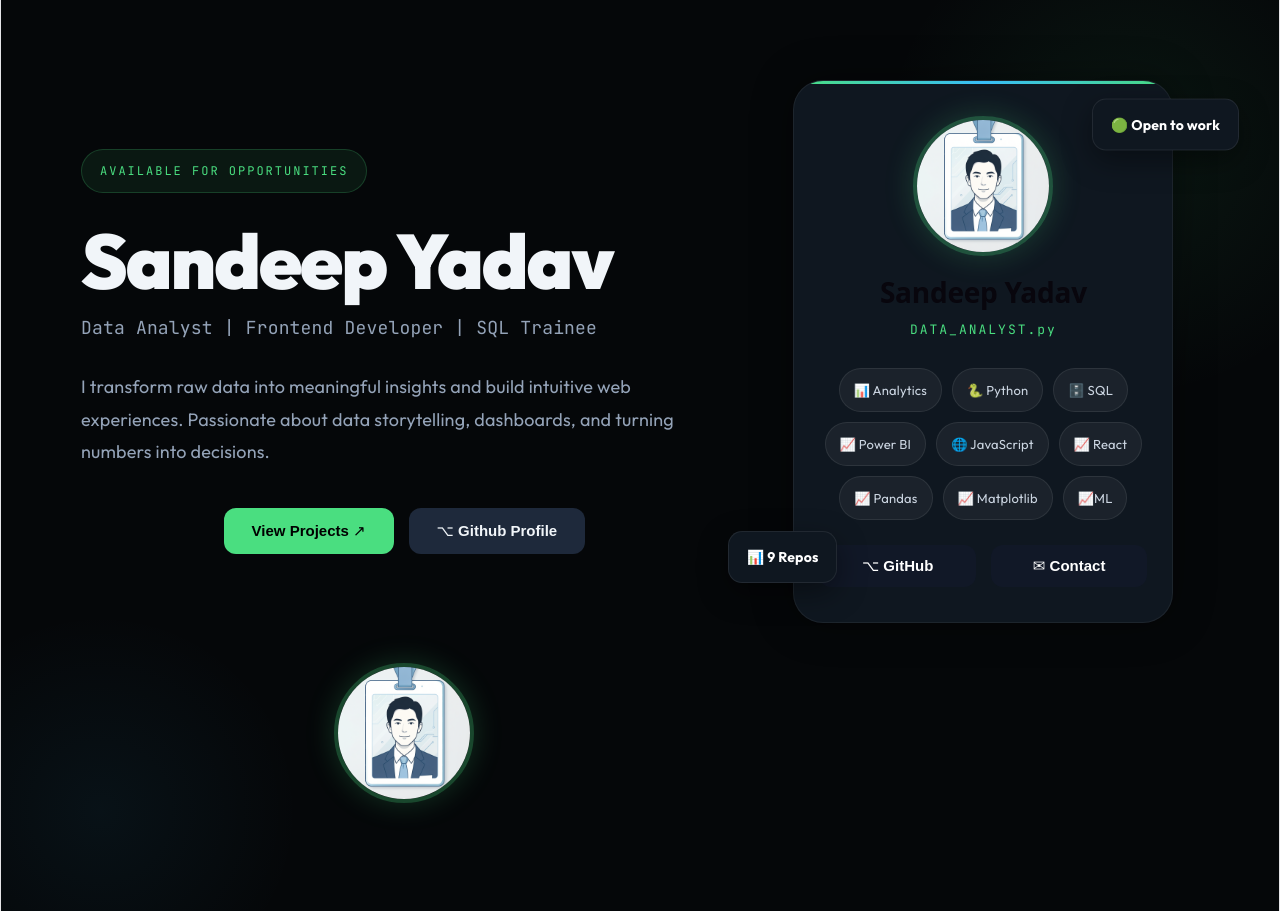
Repository: SandeepYadav18717/sandeepyadav
Page: / (app in Datanaltics_ portfolio/)
The author's editor kept a copy of each file at every save. The page is drawn from the files as they stood at one save, then again after the next save.
The browser window is 1280 px wide. The pictures show the whole page.
The project was rebuilt for these pictures with package versions that can differ from the ones it lists, and the page was loaded fresh each time. Also part of the build but not shown: Datanaltics_ portfolio/vite.config.js, Datanaltics_ portfolio/src/App.css.

Above is the page before, as saved 2026-05-23 06:02:57.

### Datanaltics_ portfolio/index.html
<!doctype html>
<html lang="en">
  <head>
    <meta charset="UTF-8" />
    <link rel="icon" type="image/svg+xml" href="/favicon.svg" />
    <meta name="viewport" content="width=device-width, initial-scale=1.0" />
    <title>javascript</title>
  </head>
  <body>
    <div id="root"></div>
    <script type="module" src="/src/main.jsx"></script>
  </body>
</html>

### Datanaltics_ portfolio/src/index.css
:root {
  --text: #6b6375;
  --text-h: #08060d;
  --bg: #fff;
  --border: #e5e4e7;
  --code-bg: #f4f3ec;
  --accent: #aa3bff;
  --accent-bg: rgba(170, 59, 255, 0.1);
  --accent-border: rgba(170, 59, 255, 0.5);
  --social-bg: rgba(244, 243, 236, 0.5);
  --shadow:
    rgba(0, 0, 0, 0.1) 0 10px 15px -3px, rgba(0, 0, 0, 0.05) 0 4px 6px -2px;

  --sans: system-ui, 'Segoe UI', Roboto, sans-serif;
  --heading: system-ui, 'Segoe UI', Roboto, sans-serif;
  --mono: ui-monospace, Consolas, monospace;

  font: 18px/145% var(--sans);
  letter-spacing: 0.18px;
  color-scheme: light dark;
  color: var(--text);
  background: var(--bg);
  font-synthesis: none;
  text-rendering: optimizeLegibility;
  -webkit-font-smoothing: antialiased;
  -moz-osx-font-smoothing: grayscale;

  @media (max-width: 1024px) {
    font-size: 16px;
  }
}

@media (prefers-color-scheme: dark) {
  :root {
    --text: #9ca3af;
    --text-h: #f3f4f6;
    --bg: #16171d;
    --border: #2e303a;
    --code-bg: #1f2028;
    --accent: #c084fc;
    --accent-bg: rgba(192, 132, 252, 0.15);
    --accent-border: rgba(192, 132, 252, 0.5);
    --social-bg: rgba(47, 48, 58, 0.5);
    --shadow:
      rgba(0, 0, 0, 0.4) 0 10px 15px -3px, rgba(0, 0, 0, 0.25) 0 4px 6px -2px;
  }

  #social .button-icon {
    filter: invert(1) brightness(2);
  }
}

body {
  margin: 0;
}

#root {
  width: 1126px;
  max-width: 100%;
  margin: 0 auto;
  text-align: center;
  border-inline: 1px solid var(--border);
  min-height: 100svh;
  display: flex;
  flex-direction: column;
  box-sizing: border-box;
}

h1,
h2 {
  font-family: var(--heading);
  font-weight: 500;
  color: var(--text-h);
}

h1 {
  font-size: 56px;
  letter-spacing: -1.68px;
  margin: 32px 0;
  @media (max-width: 1024px) {
    font-size: 36px;
    margin: 20px 0;
  }
}
h2 {
  font-size: 24px;
  line-height: 118%;
  letter-spacing: -0.24px;
  margin: 0 0 8px;
  @media (max-width: 1024px) {
    font-size: 20px;
  }
}
p {
  margin: 0;
}

code,
.counter {
  font-family: var(--mono);
  display: inline-flex;
  border-radius: 4px;
  color: var(--text-h);
}

code {
  font-size: 15px;
  line-height: 135%;
  padding: 4px 8px;
  background: var(--code-bg);
}

### Datanaltics_ portfolio/src/App.jsx
import { useState } from 'react'

// import heroImg from './assets/hero.png'
import './App.css'
import Button from './Components/button'
import Main_Page from './pages/Main.jsx'
function App() {
  const [count, setCount] = useState(0)

  return (
    <>
    <Main_Page />
     </>
  )}
export default App

### Datanaltics_ portfolio/src/Components/button.jsx
function Button({id, text, onClick }) {
  return (
    <button id={id}onClick={onClick} className="btn">
      {text}
    </button>
  );
}
export default Button;

### Datanaltics_ portfolio/src/pages/Main.jsx
import Button from "../Components/button";
import "../Css/Main.css";
import photo from "../assets/image.png";

function Main_Page() {

  return (

    <div className="main-page">

      {/* LEFT SECTION */}
      <div className="left-section">

        <div id="Heading_1">
          Available for opportunities
        </div>

        <div id="Name">
          Sandeep Yadav
        </div>

        <div id="Heading_2">
          Data Analyst | Frontend Developer | SQL Trainee
        </div>

        <p id="Description">
          I transform raw data into meaningful insights and build intuitive web
          experiences. Passionate about data storytelling, dashboards, and
          turning numbers into decisions.
        </p>

        <Button
          text="View Projects ↗"
          onClick={() =>
            window.open("https://github.com/SandeepYadav18717")
          }
        />
        <Button
    id="Github"
    text="⌥ Github Profile"
    onClick={() =>
      window.open("https://github.com/SandeepYadav18717")
    }
  />

      </div>
{/* RIGHT SECTION */}
<div className="profile-wrapper">

  {/* FLOATING BADGE 1 */}
  <div className="floating-badge badge-top">
    🟢 Open to work
  </div>

  {/* FLOATING BADGE 2 */}
  <div className="floating-badge badge-bottom">
    📊 9 Repos
  </div>

  {/* PROFILE CARD */}
  <div className="profile-card">

    {/* PROFILE IMAGE */}
    <img
      src={photo}
      alt="Profile"
      id="Photo"
    />

    {/* NAME */}
    <h2 className="profile-name">
      Sandeep Yadav
    </h2>

    {/* ROLE */}
    <p className="profile-role">
      DATA_ANALYST.py
    </p>

    {/* SKILLS */}
    <div className="skill-tags">

      <span>📊 Analytics</span>

      <span>🐍 Python</span>

      <span>🗄️ SQL</span>

      <span>📈 Power BI</span>

      <span>🌐 JavaScript</span>
       <span>📈 React</span>
        <span>📈 Pandas</span>
         <span>📈 Matplotlib</span>
          <span>📈ML </span>

    </div>

    {/* BUTTONS */}
    <div className="profile-buttons">

      {/* GITHUB */}
      <button
        className="github-btn"
        onClick={() =>
          window.open(
            "https://github.com/SandeepYadav18717"
          )
        }
      >
        ⌥ GitHub
      </button>

      {/* CONTACT */}
      <button
        className="contact-btn"
        onClick={() =>
          window.open(
            "https://linkedin.com"
          )
        }
      >
        ✉ Contact
      </button>

    </div>

  </div>

</div>

      <div className="photo">

        <img
          src={photo}
          alt="Profile"
          id="Photo"
        />

      </div>

    </div>

  );
}

export default Main_Page;

### Datanaltics_ portfolio/src/Css/Main.css
/* GOOGLE FONT */
@import url("https://fonts.googleapis.com/css2?family=Outfit:wght@300;400;500;700;900&family=JetBrains+Mono:wght@400;700&display=swap");

* {
    margin: 0;
    padding: 0;
    box-sizing: border-box;
}

html,
body,
#root {
    width: 100%;
    min-height: 100vh;
    overflow-x: hidden;
    background: #050709;
    color: #f1f5f9;
    font-family: "Outfit", sans-serif;
}

.main-page {
    min-height: 100vh;
    width: 100%;
    display: grid;
    grid-template-columns: 1.2fr 0.8fr;
    align-items: center;
    gap: 40px;
    padding: 80px;
    position: relative;
    overflow: hidden;
    background: #050709;
}

.main-page::before {
    content: "";
    position: absolute;
    width: 500px;
    height: 500px;
    top: -100px;
    right: -100px;
    border-radius: 50%;
    background: radial-gradient(circle,
            rgba(74, 222, 128, 0.08),
            transparent 70%);
    z-index: 0;
    pointer-events: none;
}

.main-page::after {
    content: "";
    position: absolute;
    width: 400px;
    height: 400px;
    bottom: -100px;
    left: -100px;
    border-radius: 50%;
    background: radial-gradient(circle,
            rgba(56, 189, 248, 0.06),
            transparent 70%);
    z-index: 0;
    pointer-events: none;
}

.main-page * {
    position: relative;
    z-index: 1;
}

.content-left {
    display: flex;
    flex-direction: column;
    justify-content: center;
    align-items: flex-start;
    text-align: left;
}

#Heading_1 {
    width: fit-content;
    background: rgba(74, 222, 128, 0.08);
    border: 1px solid rgba(74, 222, 128, 0.2);
    color: #4ade80;
    padding: 8px 18px;
    border-radius: 50px;
    font-size: 12px;
    font-family: "JetBrains Mono", monospace;
    letter-spacing: 2px;
    text-transform: uppercase;
    margin-bottom: 30px;
}

#Name {
    font-size: clamp(45px, 6vw, 90px);
    font-weight: 900;
    line-height: 1;
    letter-spacing: -2px;
    margin-bottom: 15px;
    word-break: break-word;
    text-align: left;
}

#Heading_2 {
    color: #94a3b8;
    font-size: 18px;
    font-family: "JetBrains Mono", monospace;
    margin-bottom: 30px;
    text-align: left;
}

#Description {
    max-width: 650px;
    color: #94a3b8;
    font-size: 18px;
    line-height: 1.8;
    margin-bottom: 40px;
    text-align: left;
}

.photo-container {
    display: flex;
    justify-content: center;
    align-items: center;
    width: 100%;
}

#Photo {
    width: 100%;
    max-width: 400px;
    height: auto;
    margin-left: 0%;
    aspect-ratio: 1/1;
    border-radius: 30px;
    object-fit: cover;
    box-shadow: 0 0 40px rgba(74, 222, 128, 0.2);
}

button {
    width: fit-content;
    background: #4ade80;
    color: black;
    border: none;
    border-radius: 12px;
    padding: 14px 28px;
    font-size: 15px;
    font-weight: 700;
    cursor: pointer;
    transition: 0.3s;
    margin-left: 0px;
}

button:hover {
    background: #86efac;
    transform: translateY(-3px);
    box-shadow: 0 10px 30px rgba(74, 222, 128, 0.3);
}

#Github {
    background: #1e293b;

    color: #f1f5f9;

    border: none;

    padding: 14px 28px;

    border-radius: 12px;
    font-size: 15px;

    font-weight: 700;

    cursor: pointer;

    transition: 0.3s;

    margin-left: 15px;
}

#Github:hover {
    background: #334155;

    transform: translateY(-3px);

    box-shadow: 0 10px 30px rgba(74, 222, 128, 0.2);
}

@media (max-width: 1024px) {
    .main-page {
        grid-template-columns: 1fr;
        gap: 40px;
        padding: 60px 40px;
    }

    .photo-container {
        justify-content: flex-start;
    }

    #Photo {
        max-width: 320px;
    }
}

@media (max-width: 768px) {
    .main-page {
        padding: 40px 20px;
    }

    #Name {
        font-size: 42px;
        letter-spacing: -1px;
    }

    #Heading_2 {
        font-size: 15px;
    }

    #Description {
        font-size: 16px;
    }

    button {
        width: 100%;
    }

    #Photo {
        max-width: 280px;
    }
}

/* WRAPPER */
.profile-wrapper{

  position:relative;

  display:flex;

  justify-content:center;

  align-items:center;
}

/* FLOATING BADGES */
.floating-badge{

  position:absolute;

  background:#0f1720;

  border:1px solid rgba(255,255,255,0.08);

  color:white;

  padding:12px 18px;

  border-radius:14px;

  font-size:14px;

  font-weight:600;

  box-shadow:
  0 10px 30px rgba(0,0,0,0.4);

  z-index:10;

  animation:float 3s ease-in-out infinite;
}

/* TOP BADGE */
.badge-top{

  top:20px;

  right:-40px;
}

/* BOTTOM BADGE */
.badge-bottom{

  bottom:30px;

  left:-40px;

  animation-delay:1s;
}

/* FLOAT ANIMATION */
@keyframes float{

  0%{
    transform:translateY(0px);
  }

  50%{
    transform:translateY(-10px);
  }

  100%{
    transform:translateY(0px);
  }
}

/* PROFILE CARD */
.profile-card{

  width:100%;

  max-width:380px;

  background:#0f1720;

  border:1px solid rgba(255,255,255,0.06);

  border-radius:30px;

  padding:35px 25px;

  display:flex;

  flex-direction:column;

  align-items:center;

  justify-content:center;

  position:relative;

  overflow:hidden;

  box-shadow:
  0 0 40px rgba(0,0,0,0.4);
}

/* TOP LINE */
.profile-card::before{

  content:"";

  position:absolute;

  top:0;
  left:0;

  width:100%;
  height:3px;

  background:
  linear-gradient(
  90deg,
  #4ade80,
  #38bdf8,
  #4ade80
  );
}

/* IMAGE */
#Photo{

  width:140px;
  height:140px;

  border-radius:50%;

  object-fit:cover;

  border:4px solid rgba(74,222,128,0.3);

  margin-bottom:20px;

  box-shadow:
  0 0 30px rgba(74,222,128,0.2);
}

/* NAME */
.profile-name{

  font-size:28px;

  font-weight:800;

  margin-bottom:8px;
}

/* ROLE */
.profile-role{

  color:#4ade80;

  font-size:13px;

  font-family:'JetBrains Mono',monospace;

  letter-spacing:2px;

  margin-bottom:25px;
}

/* TAGS */
.skill-tags{

  display:flex;

  flex-wrap:wrap;

  justify-content:center;

  gap:10px;

  margin-bottom:25px;
}

/* SINGLE TAG */
.skill-tags span{

  background:rgba(255,255,255,0.05);

  border:1px solid rgba(255,255,255,0.08);

  padding:8px 14px;

  border-radius:50px;

  font-size:13px;

  color:#cbd5e1;
}

/* BUTTONS */
.profile-buttons{

  width:100%;

  display:flex;

  gap:15px;
}

/* GITHUB */
.github-btn{

  flex:1;

  background:#111827;

  color:white;

  border:none;

  padding:12px;

  border-radius:12px;

  font-weight:700;

  cursor:pointer;

  transition:0.3s;
}

.github-btn:hover{

  background:#1f2937;

  transform:translateY(-3px);
}

/* CONTACT */
.contact-btn{

  flex:1;

  background:#111827;

  color:white;

  border:none;

  padding:12px;

  border-radius:12px;

  font-weight:700;

  cursor:pointer;

  transition:0.3s;
}

.contact-btn:hover{

  background:#1f2937;

  transform:translateY(-3px);
}
/* MOBILE FIX */
@media(max-width:768px){

  .profile-wrapper{

    margin-top:30px;
  }

  .badge-top{

    top:-10px;

    right:0;
  }

  .badge-bottom{

    bottom:-10px;

    left:0;
  }

  .profile-card{

    max-width:320px;
  }

  .profile-buttons{

    flex-direction:column;
  }
}

Loaded but not shown: Datanaltics_ portfolio/src/main.jsx (common file)

After the next save:
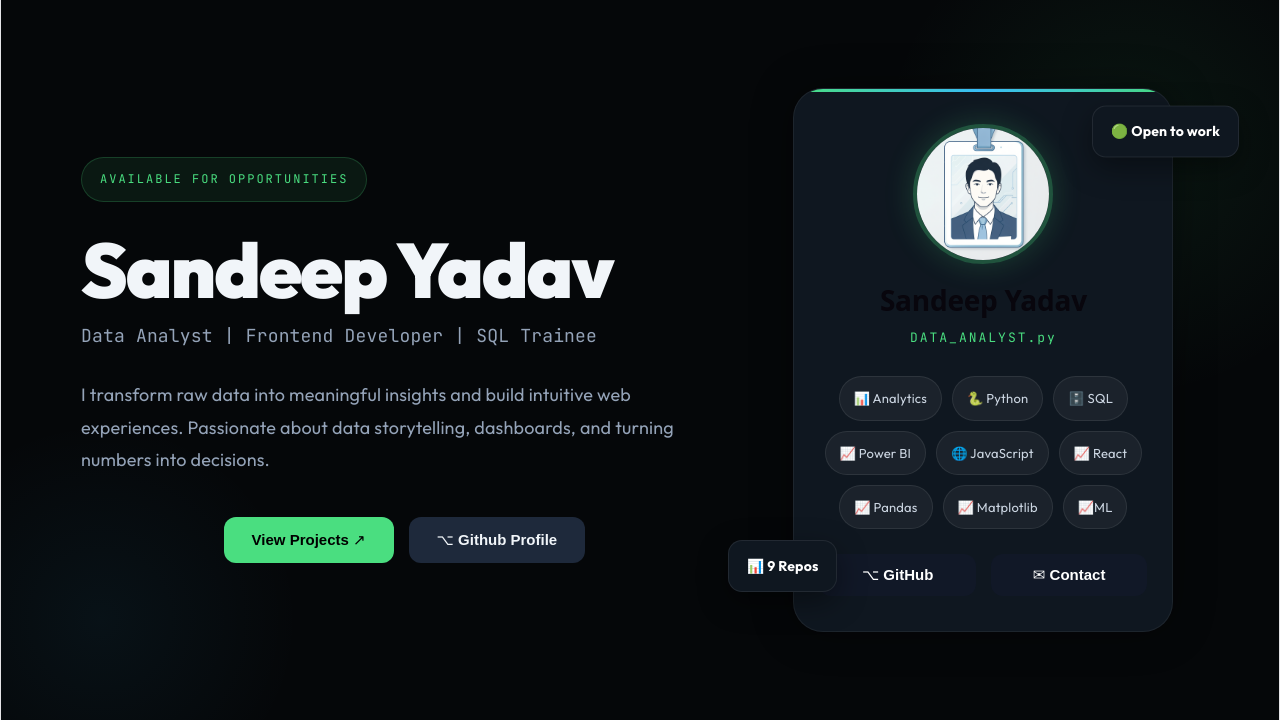
Saved 30 s later.
--- a/Datanaltics_ portfolio/src/pages/Main.jsx
+++ b/Datanaltics_ portfolio/src/pages/Main.jsx
@@ -129,16 +129,6 @@ function Main_Page() {
 
 </div>
 
-      <div className="photo">
-
-        <img
-          src={photo}
-          alt="Profile"
-          id="Photo"
-        />
-
-      </div>
-
     </div>
 
   );
